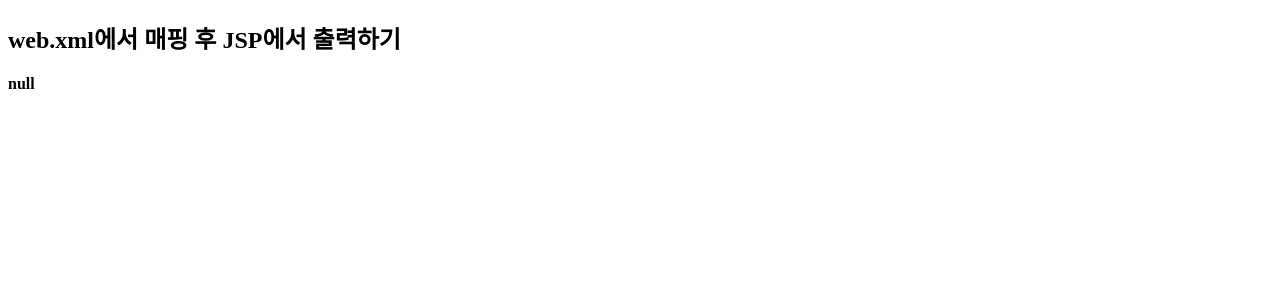
Repository: Motibidu/JSP_Servlet
Page: http://localhost/MushHaveJsp/12Servlet/HelloServlet.jsp
The author's editor kept a copy of each file at every save. The page is drawn from the files as they stood at one save, then again after the next save.
The browser window is 1280 px wide. The pictures show the whole page.
The page is served by Tomcat 10. Other server files are loaded and not shown.

Above is the page before, as saved 2025-05-13 07:53:30.

### MushHaveJsp/src/main/webapp/12Servlet/HelloServlet.jsp
<%@ page language="java" contentType="text/html; charset=UTF-8"
    pageEncoding="UTF-8"%>
<!DOCTYPE html>
<html>
<head>
<meta charset="UTF-8">
<title>Insert title here</title>
</head>
<body>
	<h2>web.xml에서 매핑 후 JSP에서 출력하기</h2>
	<p>
		<strong><%= request.getAttribute("message") %></strong>
	</p>
</body>
</html>

After the next save:
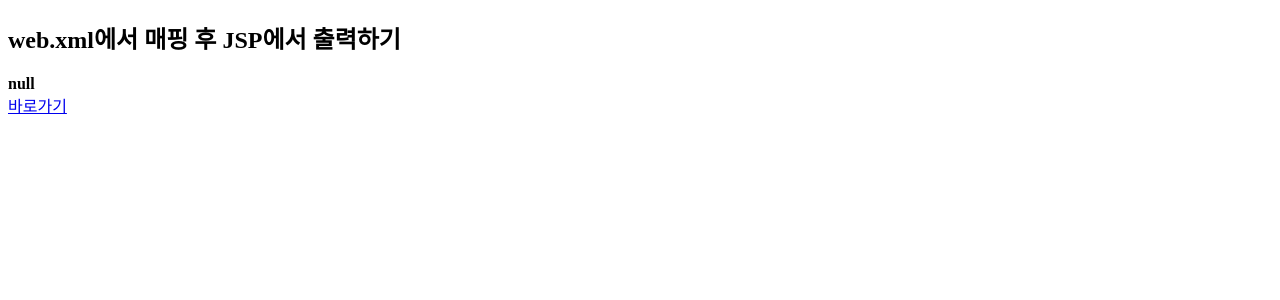
Saved 11 s later.
--- a/MushHaveJsp/src/main/webapp/12Servlet/HelloServlet.jsp
+++ b/MushHaveJsp/src/main/webapp/12Servlet/HelloServlet.jsp
@@ -10,6 +10,8 @@
 	<h2>web.xml에서 매핑 후 JSP에서 출력하기</h2>
 	<p>
 		<strong><%= request.getAttribute("message") %></strong>
+		<br/>
+		<a href= "./HelloServlet.do">바로가기</a>
 	</p>
 </body>
 </html>
